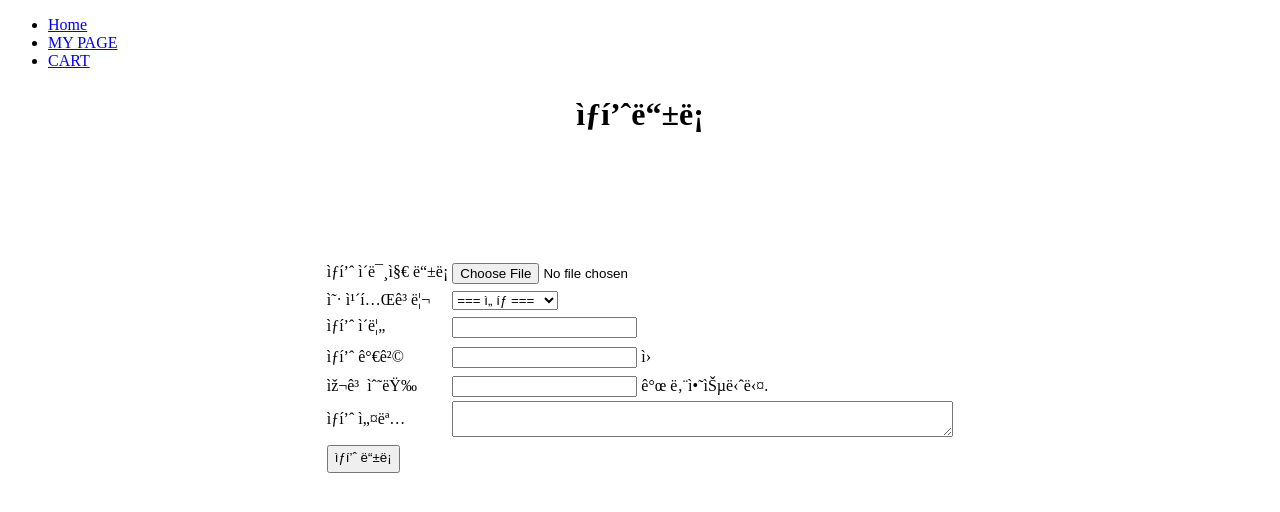
Repository: leekwah/jsp
Page: http://localhost/semiProject/Upload_Product/uploadProduct1.jsp
The author's editor kept a copy of each file at every save. The page is drawn from the files as they stood at one save, then again after the next save.
The browser window is 1280 px wide. The pictures show the whole page.
The page is served by Tomcat 9. Other server files are loaded and not shown.

Above is the page before, as saved 2022-09-19 01:53:00.

### jiwon/semiProject/WebContent/Upload_Product/uploadProduct1.jsp
<!DOCTYPE html>
<html>
<head>
<meta charset="EUC-KR">
<title>Insert title here</title>
<style type="text/css">
	header ul li{
		text-decoration: none;
	}
</style>
</head>
<body>
	<header>
		<ul class="headMenu">
			<li><a href="mainPage.jsp">Home</a></li>
			<li><a href="myPage.jsp">MY PAGE</a></li>
			<li><a href="cart.jsp">CART</a></li>
		</ul>
		<center>
			<div class="pageTitle">
				<h1>상품등록</h1>
			</div>
		<center>
	</header>
	<div class="container">
		<center>
			<table>
				<form action="uploadProduct_ok.jsp" method="post" enctype="multipart/form-data">
					<tr class="product_img">
						<td>
							상품 이미지 등록
						</td>
						<td>
							<input type="file" name="product_img">
						</td>
					</tr>
					<tr class="product_category">
					<!--  	<label class="gender_label">성별 카테고리</label>&nbsp;
						<select name="category_code_gender" >
						    <option value="none">=== 선택 ===</option>
						    <option value="female">여성 의류</option>
						    <option value="male">남성 의류</option>
						    <option value="unisex">유니 섹스</option>
						    <option value="kids">아동복</option>
						 </select>&nbsp;-->
						<td>
							<label class="dress_label">옷 카테고리</label>
						</td>
						<td>
							<select name="category_code" >
							    <option value="none">=== 선택 ===</option>
							    <option value="t-shirt">티셔츠</option>
							    <option value="hude-t">후드티</option>
							    <option value="nite">니트/스웨터</option>
							    <option value="shirt">셔츠/남방</option>
							    <option value="pants">바지</option>
							    <option value="blue-jeans">청바지</option>
							 </select>
						 </td>
					</tr>
					<br>
					<tr class="product_name">
						<td>
							<label class="product_name_label">상품 이름 </label>&nbsp;
						</td>
						<td>
							<input type="text" name="product_name">
						</td>
					</tr>
					<br>
					<tr class="product_price">
						<td>
							<label class="product_price_label">상품 가격</label>&nbsp;
						</td>
						<td>
							<input type="number" name="product_price"> 원
						</td>
					</tr>
					<br>
					<tr class="product_stock">
						<td>
							<label class="product_stock">재고 수량</label>&nbsp;
						</td>
						<td>
							<input type="number" name="product_stock"> 개 남았습니다.
						</td>
					</tr>
					<br>
					<tr class="product_desc">
						<td>
							<label class="product_desc_label">상품 설명</label>&nbsp;
						</td>
						<td>
						<textarea rows="2" cols="60" name="product_desc"></textarea>
						</td>
					</tr>
					<br>
					<tr>
						<td>
							<input type="submit" value="상품 등록">
						</td>
					</tr>
				</form>
			</table>
		</center>
	</div>
</body>
</html>

After the next save:
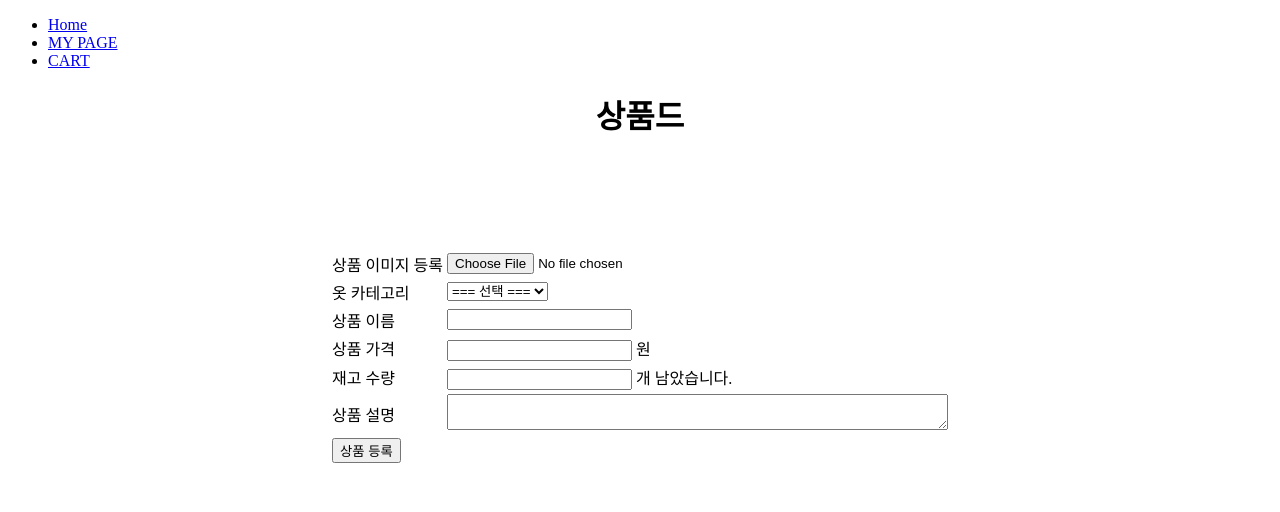
Saved 14 s later.
--- a/jiwon/semiProject/WebContent/Upload_Product/uploadProduct1.jsp
+++ b/jiwon/semiProject/WebContent/Upload_Product/uploadProduct1.jsp
@@ -1,3 +1,5 @@
+<%@ page language="java" contentType="text/html; charset=UTF-8"
+    pageEncoding="UTF-8"%>
 <!DOCTYPE html>
 <html>
 <head>
@@ -18,7 +20,7 @@
 		</ul>
 		<center>
 			<div class="pageTitle">
-				<h1>상품등록</h1>
+				<h1>상품드</h1>
 			</div>
 		<center>
 	</header>
